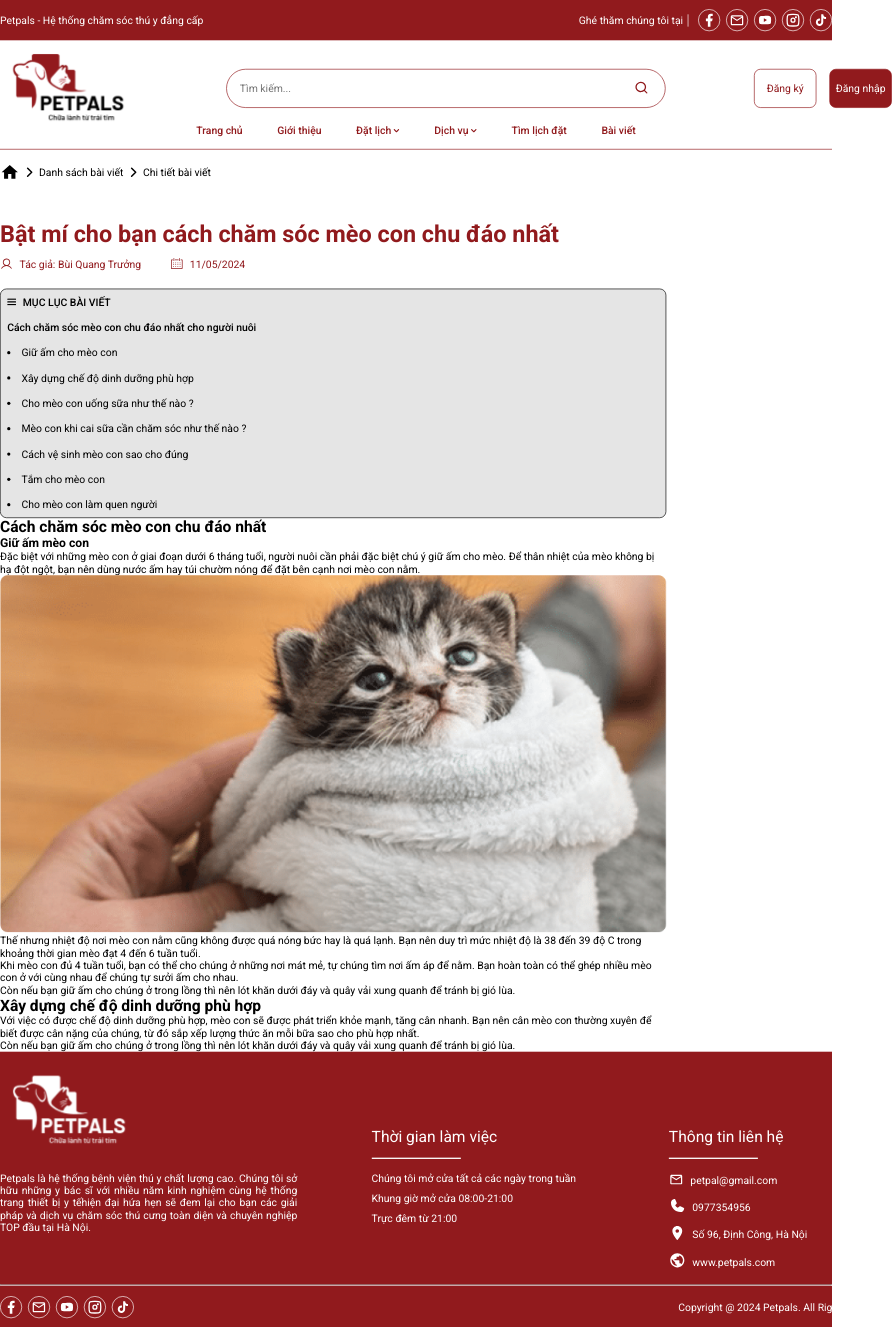
Repository: ahntrung1909/Petpals
Page: /danh-sach-bai-viet/chi-tiet-bai-viet (app in petpals-user-main/)
An editor plug-in stored every save of this project. The page is shown before and after the next save, followed by the edit.
The browser window is 1280 px wide. The page is 1372 px wide, so the pictures cover 1372 px, including what lies to the right of the window. The pictures show the whole page, at 65% of full size.
The project was rebuilt for these pictures with package versions that can differ from the ones it lists, and the page was loaded fresh each time. The framework's server and built-in components were replaced by stand-ins that run in the browser. Also part of the build but not shown: petpals-user-main/next.config.js, petpals-user-main/next.config.mjs.

Above is the page before, as saved 2024-04-14 18:03:24.

After the next save:
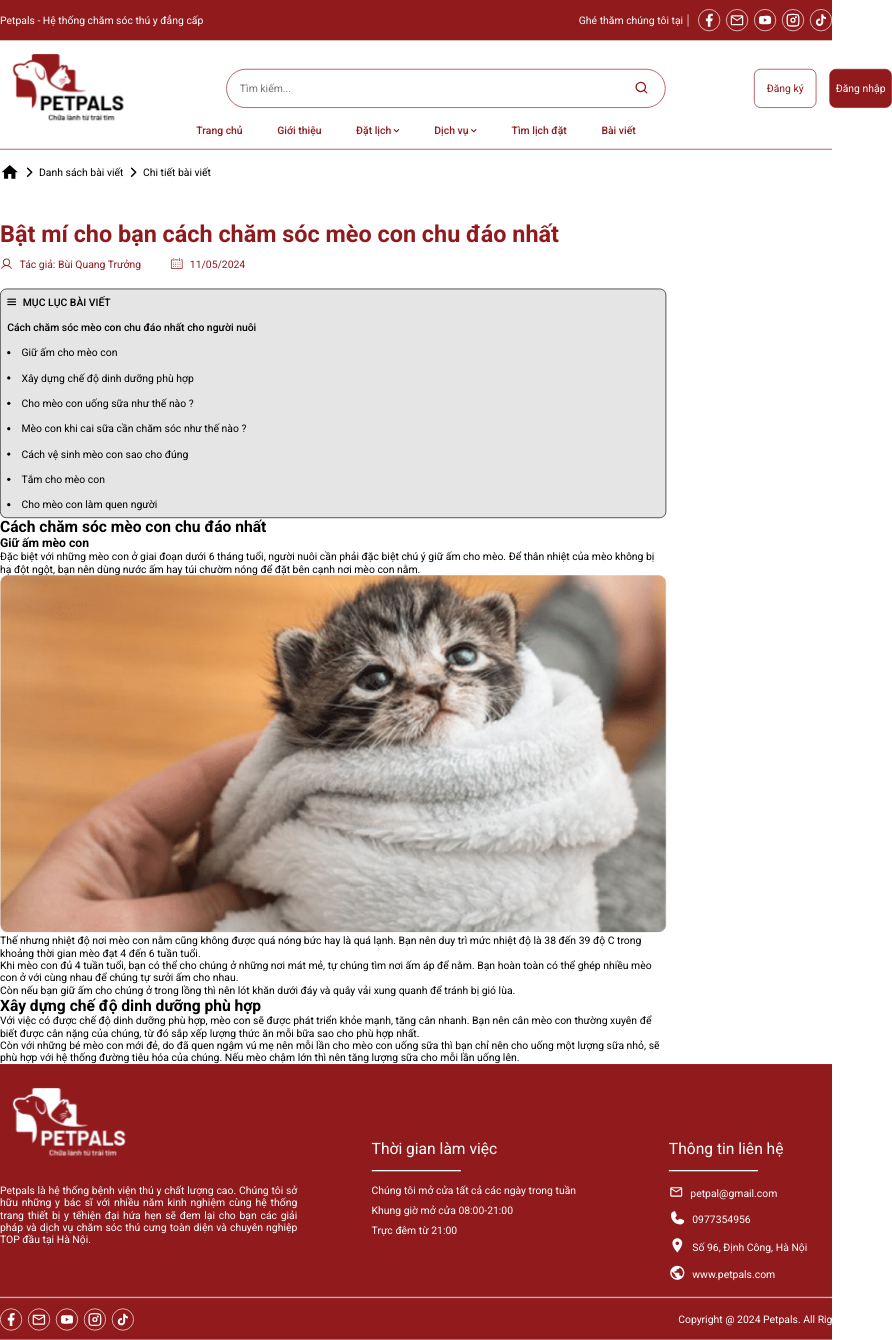
Saved 6 s later.
--- a/petpals-user-main/src/app/danh-sach-bai-viet/chi-tiet-bai-viet/page.js
+++ b/petpals-user-main/src/app/danh-sach-bai-viet/chi-tiet-bai-viet/page.js
@@ -92,8 +92,10 @@ export default function page() {
               bữa sao cho phù hợp nhất.
             </p>
             <p>
-              Còn nếu bạn giữ ấm cho chúng ở trong lồng thì nên lót khăn dưới
-              đáy và quây vải xung quanh để tránh bị gió lùa.
+              Còn với những bé mèo con mới đẻ, do đã quen ngậm vú mẹ nên mỗi
+              lần cho mèo con uống sữa thì bạn chỉ nên cho uống một lượng sữa
+              nhỏ, sẽ phù hợp với hệ thống đường tiêu hóa của chúng. Nếu mèo
+              chậm lớn thì nên tăng lượng sữa cho mỗi lần uống lên.
             </p>
           </div>
         </div>
